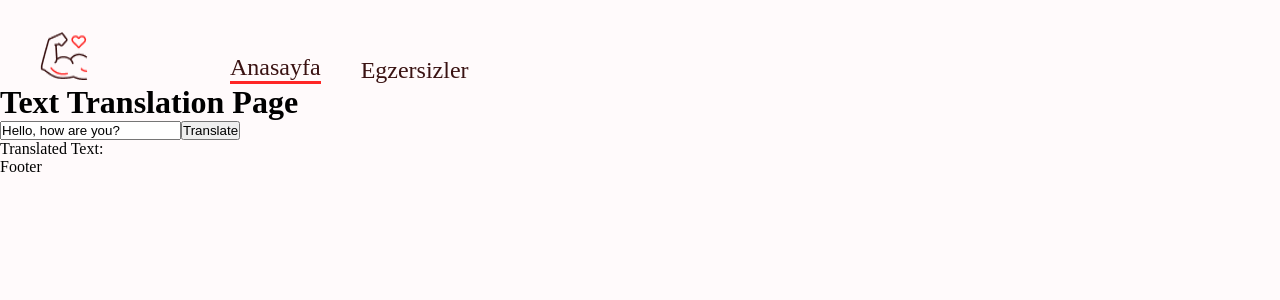
Repository: Kubraaygun/Gym_App
Page: /translate
An editor plug-in stored every save of this project. The page is shown before and after the next save, followed by the edit.
The browser window is 1280 px wide. The pictures show the whole page.
The project was rebuilt for these pictures with package versions that can differ from the ones it lists, and the page was loaded fresh each time. Also part of the build but not shown: src/pages/ExerciseDetail.js, src/utils/fetchData.js, src/utils/iconGymList.js, src/components/BodyPart.js, src/components/HorizontalScrollBar.js, src/components/SearchExercises.js, src/components/ExerciseCard.js, src/components/Exercises.js and 2 more.

Above is the page before, as saved 2025-01-27 01:45:38.

After the next save:
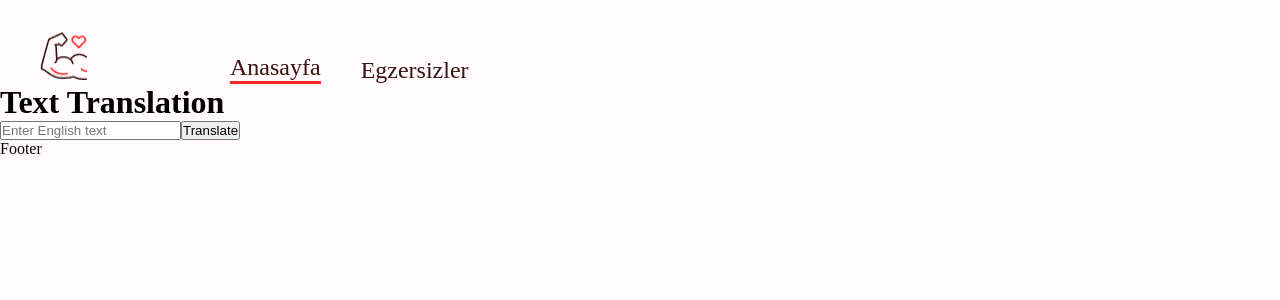
Saved 17 s later.
--- a/src/pages/TranslatePage.js
+++ b/src/pages/TranslatePage.js
@@ -1,25 +1,30 @@
 import React, { useState } from "react";
-import { translateText } from "../utils/translate"; // Dosya yolunu düzeltin
+import { translateText } from "../utils/translate"; // translate.js dosyasından fonksiyonu import ediyoruz
 
 const TranslatePage = () => {
-  const [text, setText] = useState("Hello, how are you?");
-  const [translatedText, setTranslatedText] = useState("");
+  const [text, setText] = useState(""); // Kullanıcının girdiği İngilizce metin
+  const [translatedText, setTranslatedText] = useState(""); // Çevrilen Türkçe metin
 
   const handleTranslate = async () => {
-    const translation = await translateText(text); // Çeviriyi almak için fonksiyon çağrısı
-    setTranslatedText(translation); // Çevrilen metni ekrana yansıt
+    if (text) {
+      // Metni çevir
+      const translation = await translateText(text);
+      setTranslatedText(translation); // Çevrilen metni state'e kaydet
+    }
   };
 
   return (
     <div>
-      <h1>Text Translation Page</h1>
+      <h1>Text Translation</h1>
       <input
         type="text"
         value={text}
-        onChange={(e) => setText(e.target.value)}
+        onChange={(e) => setText(e.target.value)} // Kullanıcının girdiği metni al
+        placeholder="Enter English text"
       />
       <button onClick={handleTranslate}>Translate</button>
-      <p>Translated Text: {translatedText}</p>
+      {translatedText && <p>Translated Text: {translatedText}</p>}{" "}
+      {/* Sadece çevrilen metni göster */}
     </div>
   );
 };
